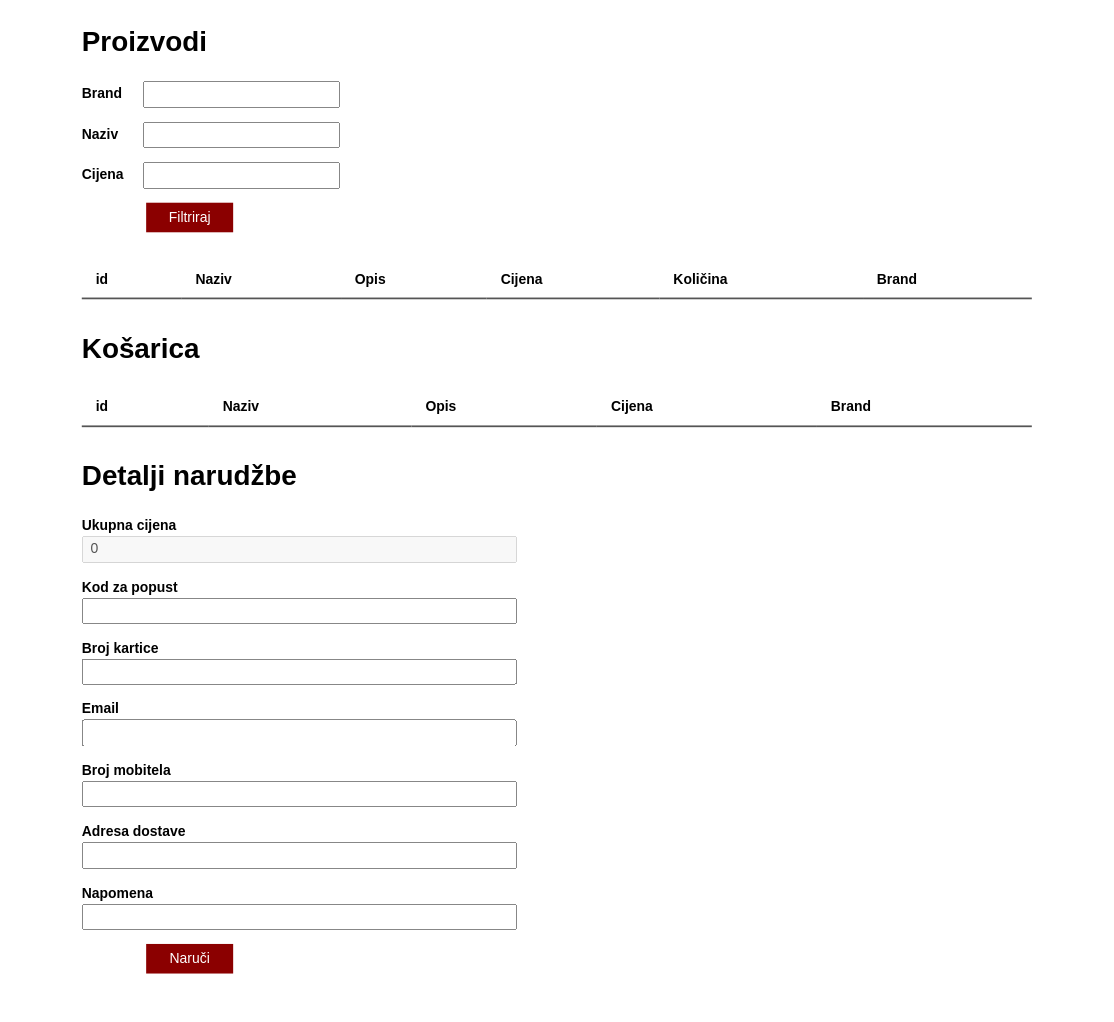
Repository: ivan-baljkas/pristupni_zadatak
Page: / (app in frontend/react-akademija-master/)
An editor plug-in stored every save of this project. The page is shown before and after the next save, followed by the edit.
The browser window is 1280 px wide. The pictures show the whole page, at 87% of full size.
The page's requests for data from a server got no answer. The project was rebuilt for these pictures with package versions that can differ from the ones it lists, and the page was loaded fresh each time. No one was signed in, and anything a server would have sent is missing. Also part of the build but not shown: frontend/react-akademija-master/src/components/TableItem.jsx, frontend/react-akademija-master/src/components/TableItem2.jsx.

Above is the page before, as saved 2021-07-26 11:47:01.

### frontend/react-akademija-master/public/index.html
<!DOCTYPE html>
<html lang="en">
  <head>
    <meta charset="utf-8" />
    <link rel="icon" href="%PUBLIC_URL%/favicon.ico" />
    <meta name="viewport" content="width=device-width, initial-scale=1" />
    <meta name="theme-color" content="#000000" />
    <meta
      name="description"
      content="Web site created using create-react-app"
    />
    <link rel="apple-touch-icon" href="%PUBLIC_URL%/logo192.png" />
    <!--
      manifest.json provides metadata used when your web app is installed on a
      user's mobile device or desktop. See https://developers.google.com/web/fundamentals/web-app-manifest/
    -->
    <link rel="manifest" href="%PUBLIC_URL%/manifest.json" />
    <!--
      Notice the use of %PUBLIC_URL% in the tags above.
      It will be replaced with the URL of the `public` folder during the build.
      Only files inside the `public` folder can be referenced from the HTML.

      Unlike "/favicon.ico" or "favicon.ico", "%PUBLIC_URL%/favicon.ico" will
      work correctly both with client-side routing and a non-root public URL.
      Learn how to configure a non-root public URL by running `npm run build`.
    -->
    <link rel="stylesheet" type="text/css" href="https://cdnjs.cloudflare.com/ajax/libs/normalize/8.0.1/normalize.min.css">
    <title>Ivan Baljkas</title>
  </head>
  <body>
    <noscript>You need to enable JavaScript to run this app.</noscript>
    <div id="root"></div>
    <!--
      This HTML file is a template.
      If you open it directly in the browser, you will see an empty page.

      You can add webfonts, meta tags, or analytics to this file.
      The build step will place the bundled scripts into the <body> tag.

      To begin the development, run `npm start` or `yarn start`.
      To create a production bundle, use `npm run build` or `yarn build`.
    -->
  </body>
</html>

### frontend/react-akademija-master/src/index.css
body {
  margin: 0;
  font-family: -apple-system, BlinkMacSystemFont, "Segoe UI", "Roboto", "Oxygen",
    "Ubuntu", "Cantarell", "Fira Sans", "Droid Sans", "Helvetica Neue",
    sans-serif;
  -webkit-font-smoothing: antialiased;
  -moz-osx-font-smoothing: grayscale;
}

body {
  max-width: 1140px;
  margin: 0 auto;
  padding: 24px;
  font-family: Arial, sans-serif;
  font-size: 16px;
  line-height: 1.5;
}

h1 {
  margin-top: 0;
}

html {
  box-sizing: border-box;
}
*,
*:before,
*:after {
  box-sizing: inherit;
}

table {
  border-collapse: collapse;
  text-align: left;
  margin-bottom: 2em;
  width: 100%;
}

thead {
  border-bottom: 2px solid #555;
}

thead th,
td {
  padding: 0.6em 1em;
}

tbody tr:nth-child(even) {
  background-color: #e9e9e9;
}

.pagination {
  text-align: center;
}

button {
  margin: 0 1.5em;
  background-color: darkred;
  color: white;
  border-width: 0;
  padding: 0.5em 1em;
  min-width: 100px;
}

button:disabled {
  opacity: 0.5;
}

.stats {
  border-bottom: 1px solid #555;
  padding-bottom: 1em;
  margin-bottom: 1em;
  text-align: center;
}

form div {
  margin-bottom: 1em;
}

form {
  margin-bottom: 2em;
}

form label {
  display: inline-block;
  min-width: 70px;
}

form button,
.result {
  margin-left: 74px;
}

form input {
  padding: 0.25em 0.5em;
}

form label {
  font-weight: bold;
}

.container {
  width: 500px;
  clear: both;
}

.container input {
  width: 100%;
  clear: both;
}

### frontend/react-akademija-master/src/App.js
import React, {useState, useEffect} from "react";
import { SearchForm } from "./components/SearchForm";
import { CollectionTable } from "./components/CollectionTable";
import { TableItem } from "./components/TableItem";
import { TableItem2 } from "./components/TableItem2";
import { CollectionTable2 } from "./components/CollectionTable2";
import { NarudzbaForm } from "./components/NarudzbaForm";


const App = () => {

  const [state, setState]= useState({
      proizvodi:[],
      odabraniProizvodi:[],
      brandovi: [],
      narudzbaId: 1,
      ukupnaCijena:0
  });

  const[formState, setFormState] = useState({
      brand:'',
      naziv:'',
      cijena:0
  });


  /* Dohvaćanje proizvoda */
useEffect(() => {
  fetch(`http://localhost:8080/api/proizvod`)
    .then((data) => data.json())
    .then((data) => {
      console.log(data)
      setState({...state, proizvodi:data})
    })
    .catch((error)=>{
        console.log('Error: ',error);
    });

    /*Dohvaćanje brandova*/
    fetch(`http://localhost:8080/api/brand`)
    .then((data) => data.json())
    .then((data) => {
      console.log(data)
      setState({...state, brandovi:data})
    })
    .catch((error)=>{
        console.log('Error: ',error);
    });
},[]);

// za filtriranje
const handleSearch = (event) => {
  event.preventDefault();

  let helpBrand = formState.brand.length > 0 ? formState.brand: 'null';
  let helpNaziv = formState.naziv.length > 0 ? formState.naziv: 'null';
  let helpCijena = (formState.cijena.length >0) ? formState.cijena : 0;

  console.log('brand: ', helpBrand)
  console.log('naziv: ', helpNaziv)
  console.log('cijena: ', helpCijena)

  let apiUrl = `http://localhost:8080/api/proizvod?brand=${helpBrand}&naziv=${helpNaziv}&cijena=${helpCijena}`;

  fetch(apiUrl)
    .then((data) => data.json())
    .then((data) => {
      console.log(data)
      setState({...state, proizvodi:data})
    })
    .catch((error)=>{
        console.log('Error: ',error);
    });


};

// za svaku promjenu u unosu filtera i detalja narudzbe
const handleChange = (event) => {
  const value = event.currentTarget.value;
  setFormState({ ...formState, [event.target.name]: value });

  console.log(event.target.name,":",event.currentTarget.value)
  };



  // za dodavanje proizvoda u košaricu
const handleDodajProizvod = (proizvodId) => {

  const data = { narudzbaId: state.narudzbaId, proizvodId: proizvodId };


  fetch('http://localhost:8080/api/narudzba-proizvod', {
        method: 'POST',
        headers: {
        'Content-Type': 'application/json',
        },
        body: JSON.stringify(data),
        })
        .then(response => response.json())
        .then(data => {
        console.log('Success:', data);
          })
      .catch((error) => {
      console.error('Error:', error);
        });


  let newProizvodi = state.proizvodi;
  newProizvodi.forEach(p=>{
    if(p.id === proizvodId){
        p.kolicina=p.kolicina-1;
    }
  });


  fetch(`http://localhost:8080/api/proizvod/${proizvodId}`)
  .then((data) => data.json())
  .then((data) => {
    const newUkupnaCijena = state.ukupnaCijena + data.cijena;
    setState({...state,
                proizvodi:newProizvodi.filter(p=> p.kolicina>0),
               odabraniProizvodi:[...state.odabraniProizvodi, data],
               ukupnaCijena: newUkupnaCijena
              });

  })
  .catch((error)=>{
      console.log('Error: ',error);
  });

};



// za uklanjanje proizvoda iz košarice
const handleUkloniProizvod = (proizvodId) => {

  fetch(`http://localhost:8080/api/narudzba-proizvod/${state.narudzbaId}/${proizvodId}`,
  { method: 'DELETE' })

  let newProizvodi = state.proizvodi;
  newProizvodi.forEach(p=>{
    if(p.id === proizvodId){
        p.kolicina=p.kolicina+1;
    }
  });

  let proizvodZaIzbaciti;
  let newodabraniProizvodi = state.odabraniProizvodi;
  newodabraniProizvodi.forEach(p=>{
    if(p.id === proizvodId){
        proizvodZaIzbaciti = p;
    }
  })

  const index = newodabraniProizvodi.indexOf(proizvodZaIzbaciti);
  newodabraniProizvodi.splice(index, 1)

  const newUkupnaCijena = state.ukupnaCijena - proizvodZaIzbaciti.cijena;

  setState({...state,
    odabraniProizvodi:newodabraniProizvodi,
    ukupnaCijena:newUkupnaCijena
   });

};

  return (
    <div>
      <header>
        <h1>
          Proizvodi
        </h1>
      </header>
      <SearchForm state={state}  handleSearch={handleSearch} handleChange={handleChange}/>
        <CollectionTable>
        {state.proizvodi.map(proizvod=>(
          <TableItem id={proizvod.id} {...proizvod} brandovi={state.brandovi} handleDodajProizvod={handleDodajProizvod}/>
        ))}
        </CollectionTable>
        <h1>
          Košarica
        </h1>
        <CollectionTable2>
        {state.odabraniProizvodi.map(proizvod=>(
          <TableItem2 id={proizvod.id} {...proizvod} brandovi={state.brandovi} handleUkloniProizvod={handleUkloniProizvod}/>
        ))}
        </CollectionTable2>
        <h1>
          Detalji narudžbe
        </h1>
        <NarudzbaForm ukupnaCijena={state.ukupnaCijena}/>
    </div>
  );
};

export default App;

### frontend/react-akademija-master/src/components/SearchForm.jsx
import React from 'react'

export const SearchForm = (props) =>{

    return(
        <div>
            <form  onClick={props.handleSearch}>
            <div>

                <label htmlFor="query">Brand</label>
                <input type="text" id="brand" name="brand" onChange={props.handleChange}/>

            </div>
            <div>
            <   label htmlFor="query">Naziv</label>
                <input type="text" id="naziv" name="naziv" onChange={props.handleChange}/>
            </div>
            <div>
                <label htmlFor="query">Cijena</label>
                <input type="number" id="cijena" name="cijena" onChange={props.handleChange}/>

            </div>
            <div>
                <button type="submit">Filtriraj</button>
            </div>

            </form>

        </div>
    );
};

### frontend/react-akademija-master/src/components/CollectionTable.jsx
import React from 'react'

export const CollectionTable = (props) =>{

    return(
        <div>
            <table>
            <thead>
                <tr>
                    <th>id</th>
                    <th>Naziv</th>
                    <th>Opis</th>
                    <th>Cijena</th>
                    <th>Količina</th>
                    <th>Brand</th>
                </tr>
            </thead>
             <tbody>
                {props.children}
            </tbody>

            </table>
        </div>
    );
};

### frontend/react-akademija-master/src/components/CollectionTable2.jsx
import React from 'react'

export const CollectionTable2 = (props) =>{

    return(
        <div>
            <table>
            <thead>
                <tr>
                    <th>id</th>
                    <th>Naziv</th>
                    <th>Opis</th>
                    <th>Cijena</th>
                    <th>Brand</th>
                </tr>
            </thead>
             <tbody>
                {props.children}
            </tbody>

            </table>
        </div>
    );
};

### frontend/react-akademija-master/src/components/NarudzbaForm.jsx
import React from 'react'

export const NarudzbaForm = (props) =>{

    return(
        <div>
            <form className="container" onClick={props.handleSearch}>

            <div>

                <label htmlFor="query">Ukupna cijena</label>
                <input type="number" id="brand" name="brand" disabled={true} value={props.ukupnaCijena}/>

            </div>
            <div>

                <label htmlFor="query">Kod za popust</label>
                <input type="text" id="brand" name="brand" onChange={props.handleQueryChange}/>

            </div>
            <div>

                <label htmlFor="query">Broj kartice</label>
                <input type="text" id="brand" name="brand" onChange={props.handleQueryChange}/>

            </div>

            <div>

                <label htmlFor="query">Email</label>
                <input type="email" id="brand" name="brand" onChange={props.handleQueryChange}/>

            </div>

            <div>

                <label htmlFor="query">Broj mobitela</label>
                <input type="text" id="brand" name="brand" onChange={props.handleQueryChange}/>

            </div>

            <div>

                <label htmlFor="query">Adresa dostave</label>
                <input type="text" id="brand" name="brand" onChange={props.handleQueryChange}/>

            </div>

            <div>

                <label htmlFor="query">Napomena</label>
                <input type="text" id="brand" name="brand" onChange={props.handleQueryChange}/>

            </div>
            <div>
                <button type="submit">Naruči</button>
            </div>

            </form>

        </div>
    );
};

Loaded but not shown: frontend/react-akademija-master/src/index.js (common file); frontend/react-akademija-master/src/reportWebVitals.js (common file)

After the next save:
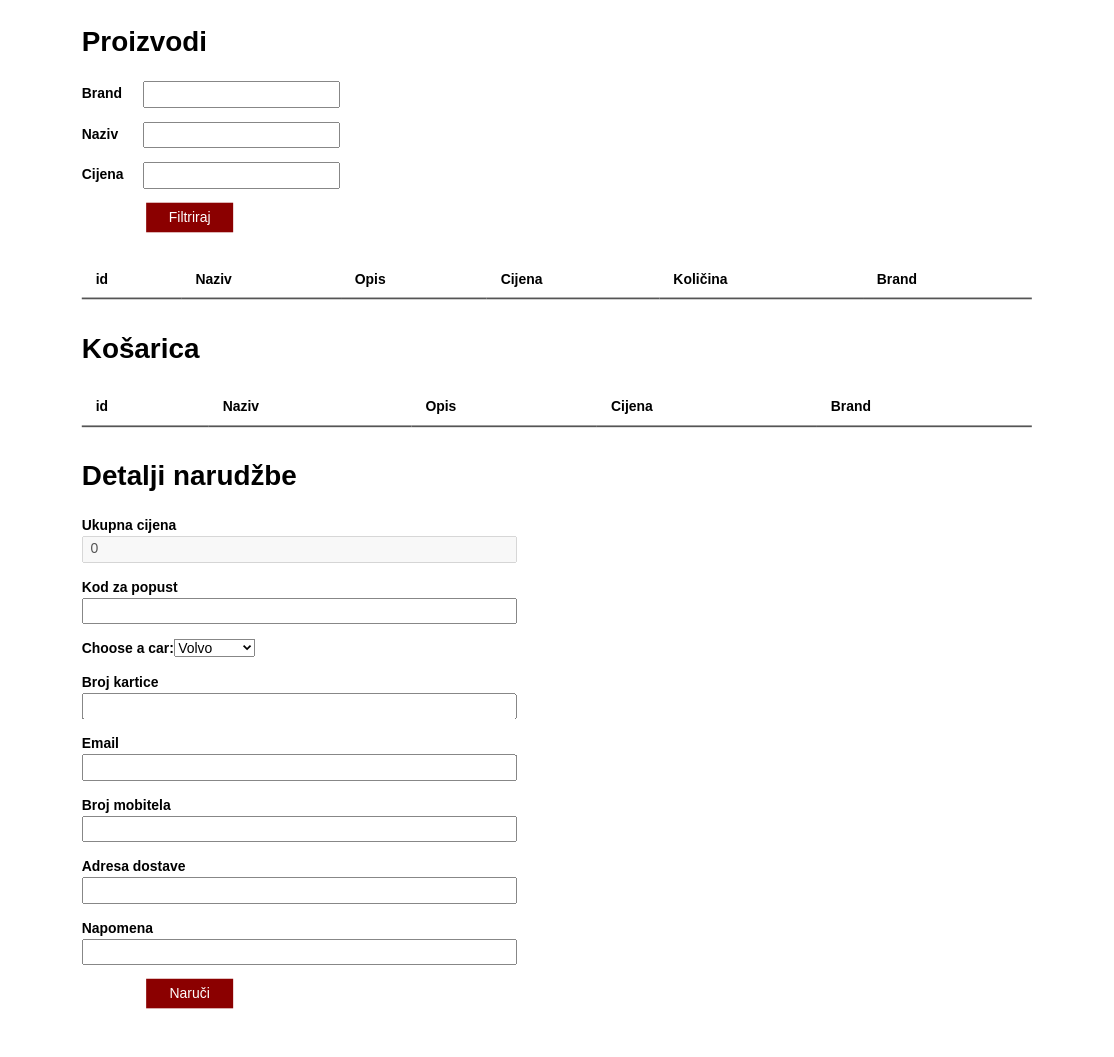
Saved 4 min 56 s later.
--- a/frontend/react-akademija-master/src/components/NarudzbaForm.jsx
+++ b/frontend/react-akademija-master/src/components/NarudzbaForm.jsx
@@ -17,6 +17,16 @@ export const NarudzbaForm = (props) =>{
                 <label htmlFor="query">Kod za popust</label>
                 <input type="text" id="brand" name="brand" onChange={props.handleQueryChange}/>
 
+            </div>
+            <div>
+                <label for="cars">Choose a car:</label>
+
+                <select name="cars" id="cars">
+                <option value="volvo">Volvo</option>
+                <option value="saab">Saab</option>
+                <option value="mercedes">Mercedes</option>
+                <option value="audi">Audi</option>
+                </select>
             </div>
             <div>
 
